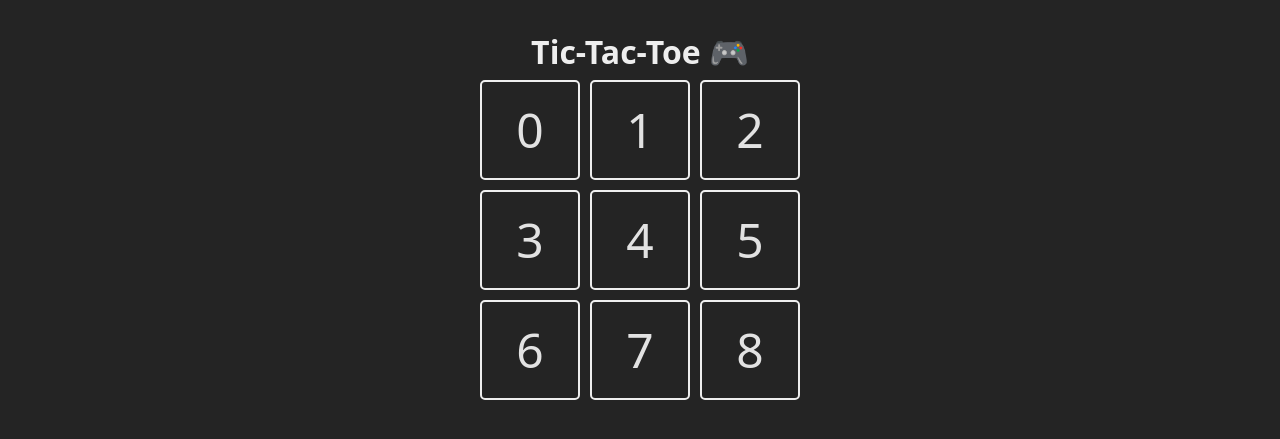
Repository: atzin-escandia/react-tic-tac-toe
Page: /
An editor plug-in stored every save of this project. The page is shown before and after the next save, followed by the edit.
The browser window is 1280 px wide. The pictures show the whole page.
The project was rebuilt for these pictures with package versions that can differ from the ones it lists, and the page was loaded fresh each time. Also part of the build but not shown: vite.config.js.

Above is the page before, as saved 2023-10-05 18:56:20.

### index.html
<!DOCTYPE html>
<html lang="en">
  <head>
    <meta charset="UTF-8" />
    <link rel="icon" type="image/svg+xml" href="/vite.svg" />
    <meta name="viewport" content="width=device-width, initial-scale=1.0" />
    <title>Tic-Tac-Toe React 🎮</title>
  </head>
  <body>
    <div id="root"></div>
    <script type="module" src="/src/main.jsx"></script>
  </body>
</html>

### src/App.jsx
import "./index.css";

const TURNS = {
  x: "x",
  o: "o",
};

const board = Array(9).fill(null);

const Square = ({ children, updateBoard, index }) => {
  return <div className="square">{index}</div>;
};

function App() {
  return (
    <main className="board">
      <h1>Tic-Tac-Toe 🎮</h1>
      <section className="game">
        {board.map((_, index) => {
          return <Square key={index} index={index}></Square>;
        })}
      </section>
    </main>
  );
}

export default App;

### src/index.css
:root {
  font-family: system-ui, -apple-system, BlinkMacSystemFont, "Segoe UI", Roboto,
    Oxygen, Ubuntu, Cantarell, "Open Sans", "Helvetica Neue", sans-serif;
  font-size: 16px;
  line-height: 24px;
  font-weight: 400;

  color-scheme: light dark;
  color: rgba(255, 255, 255, 0.87);
  background-color: #242424;

  font-synthesis: none;
  text-rendering: optimizeLegibility;
  -webkit-font-smoothing: antialiased;
  -moz-osx-font-smoothing: grayscale;
  -webkit-text-size-adjust: 100%;
}

body {
  margin: 0;
  display: flex;
  justify-content: center;
  min-width: 320px;
  min-height: 100vh;
}

* {
  padding: 0;
  margin: 0;
  box-sizing: border-box;
}

.board {
  width: fit-content;
  margin: 40px auto;
  text-align: center;
}

.board h1 {
  color: #eee;

  margin-bottom: 16px;
}

.board button {
  padding: 8px 12px;
  margin: 25px;
  background: transparent;
  border: 2px solid #eee;
  color: #eee;
  width: 100px;
  border-radius: 5px;
  transition: 0.2s;
  font-weight: bold;
  cursor: pointer;
}

.board button:hover {
  background: #eee;
  color: #222;
}

.board .game {
  display: grid;
  grid-template-columns: repeat(3, 1fr);
  gap: 10px;
}

.turn {
  display: flex;
  justify-content: center;
  margin: 15px auto;
  width: fit-content;
  position: relative;
  border-radius: 10px;
}

.turn .square,
.winner .square {
  width: 70px;
  height: 70px;
  pointer-events: none;
  border-color: transparent;
}

.square.is-selected {
  color: #fff;
  background: #09f;
}

.winner {
  position: absolute;
  width: 100vw;
  height: 100vh;
  top: 0;
  left: 0;
  display: grid;
  place-items: center;
  background-color: rgba(0, 0, 0, 0.7);
}

.winner .text {
  background: #111;
  height: 300px;
  width: 320px;
  border: 2px solid #eee;
  border-radius: 10px;
  display: flex;
  flex-direction: column;
  justify-content: center;
  align-items: center;
  gap: 20px;
}

.winner .win {
  margin: 0 auto;
  width: fit-content;
  border: 2px solid #eee;
  border-radius: 10px;
  display: flex;
  gap: 15px;
}

.square {
  width: 100px;
  height: 100px;
  border: 2px solid #eee;
  border-radius: 5px;
  display: grid;
  place-items: center;
  cursor: pointer;
  font-size: 48px;
}

Loaded but not shown: src/main.jsx (common file)

After the next save:
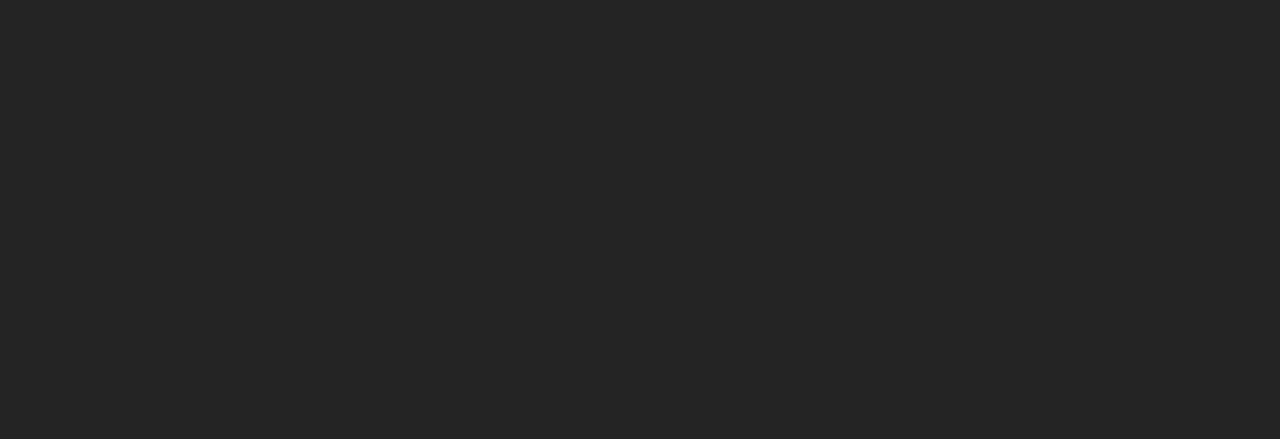
Console error: ReferenceError: setPoint is not defined
Saved 58 s later.
--- a/src/App.jsx
+++ b/src/App.jsx
@@ -7,8 +7,18 @@
 
 const board = Array(9).fill(null);
 
+const SetPoint = () =>
+  setInterval(() => {
+    {
+    }
+  }, interval);
+
 const Square = ({ children, updateBoard, index }) => {
-  return <div className="square">{index}</div>;
+  return (
+    <div onClick={setPoint} className="square">
+      {index}
+    </div>
+  );
 };
 
 function App() {

After the 4 saves that followed:
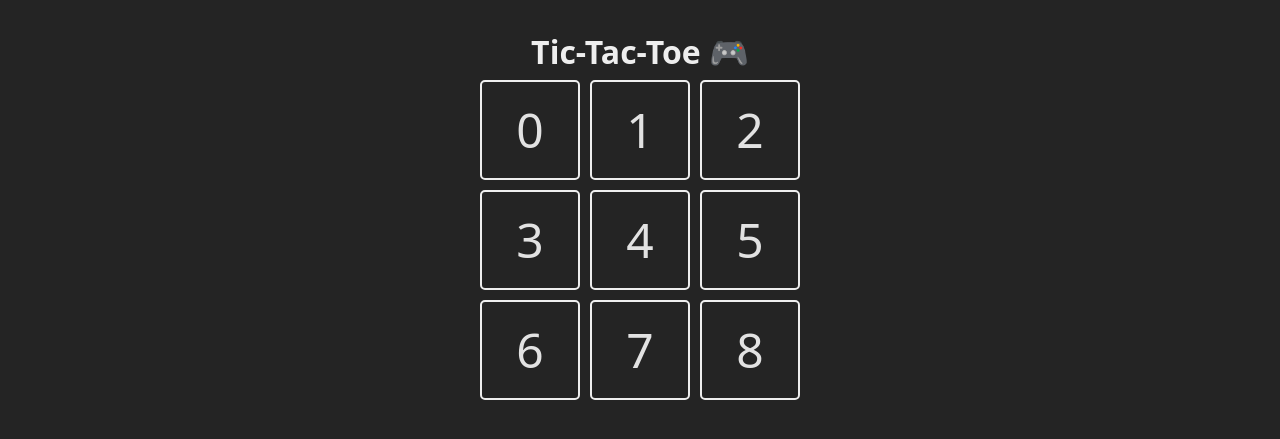
The error is gone.
The 4 saves are shown as one change because 3 left the picture as it was.
The last was saved 74 s later.
--- a/src/App.jsx
+++ b/src/App.jsx
@@ -7,15 +7,13 @@
 
 const board = Array(9).fill(null);
 
-const SetPoint = () =>
-  setInterval(() => {
-    {
-    }
-  }, interval);
+const SetPoint = (index) => {
+  board[index] = TURNS["x"];
+};
 
 const Square = ({ children, updateBoard, index }) => {
   return (
-    <div onClick={setPoint} className="square">
+    <div onClick={SetPoint()} className="square">
       {index}
     </div>
   );
